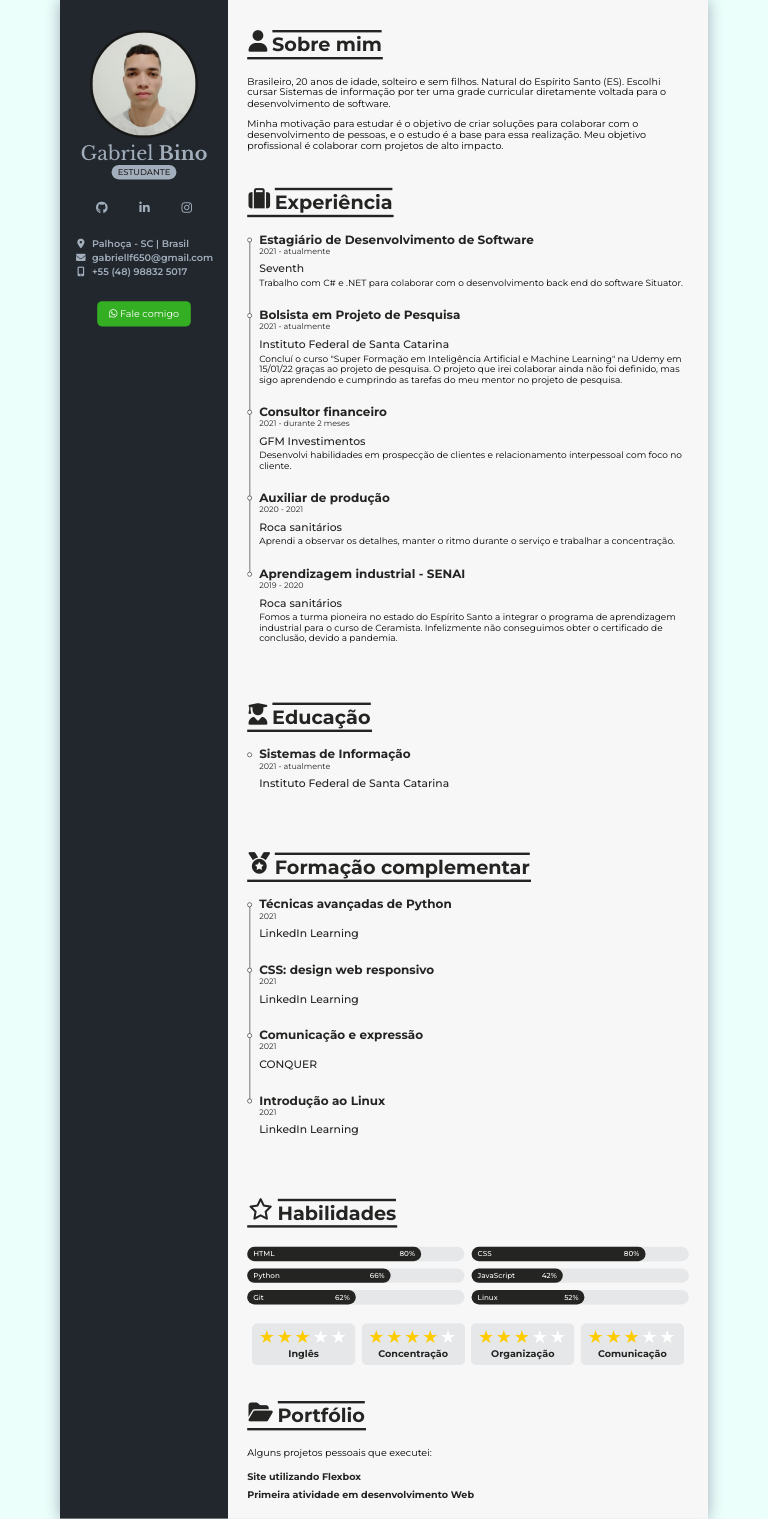
Repository: gabrielbino/curriculoResponsivo
Page: index.html
An editor plug-in stored every save of this project. The page is shown before and after the next save, followed by the edit.
The browser window is 1280 px wide. The pictures show the whole page, at 60% of full size.
Some web libraries are served in a nearby version.

Above is the page before, as saved 2022-01-17 19:13:43.

After the next save:
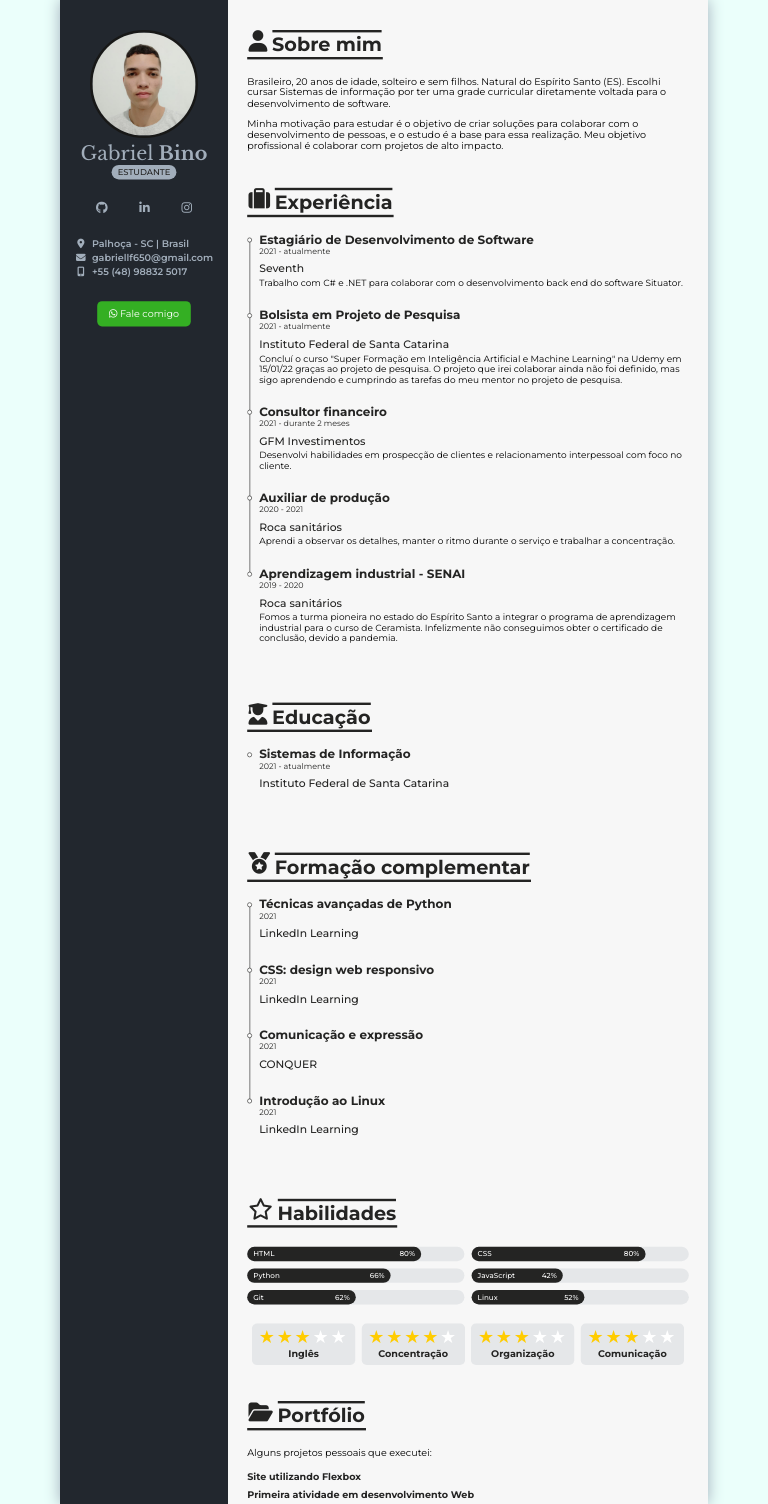
Saved 27 s later.
--- a/index.html
+++ b/index.html
@@ -283,12 +283,12 @@
             <a href="https://anatomiahtml.netlify.app/" class="portfolio-item">
               Primeira atividade em desenvolvimento Web
             </a>
+            <!-- <a href="#" class="portfolio-item">
+              <div></div>
+            </a>
             <a href="#" class="portfolio-item">
               <div></div>
-            </a>
-            <a href="#" class="portfolio-item">
-              <div></div>
-            </a>
+            </a> -->
           </div>
         </article>
       </section>

After the save that followed:
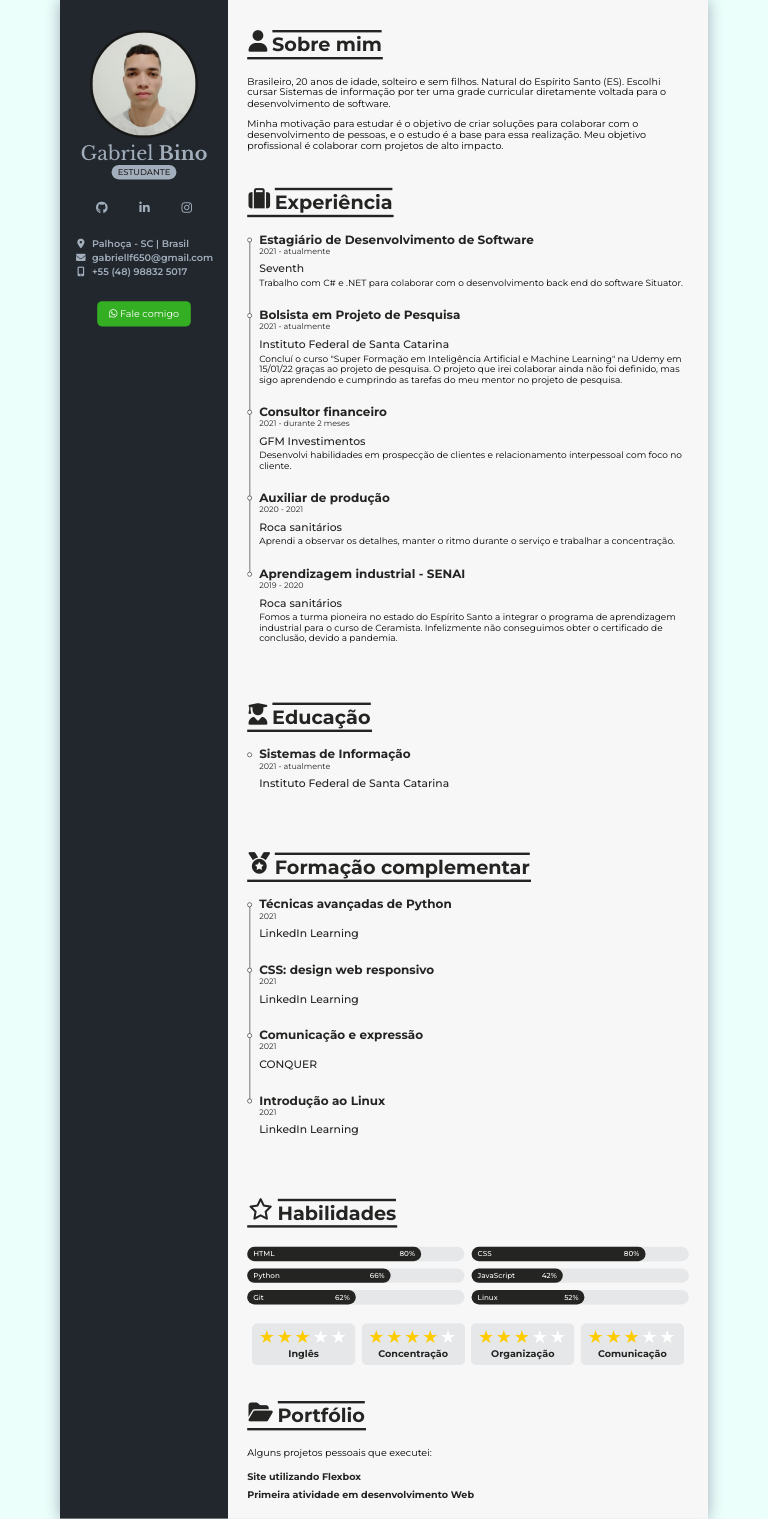
Saved 4 s later.
--- a/index.html
+++ b/index.html
@@ -283,12 +283,12 @@
             <a href="https://anatomiahtml.netlify.app/" class="portfolio-item">
               Primeira atividade em desenvolvimento Web
             </a>
-            <!-- <a href="#" class="portfolio-item">
-              <div></div>
-            </a>
             <a href="#" class="portfolio-item">
               <div></div>
-            </a> -->
+            </a>
+            <a href="#" class="portfolio-item">
+              <div></div>
+            </a>
           </div>
         </article>
       </section>
